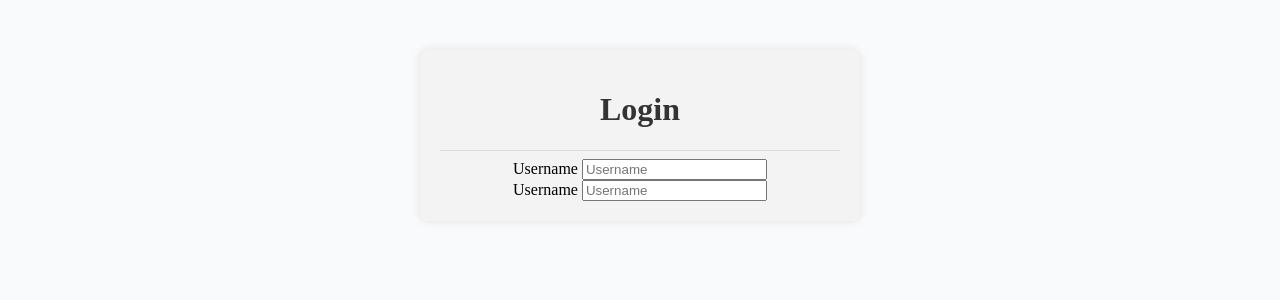
Repository: Ndifoinhilary/authentication
Page: http://localhost/auth/register/
These files come from the project's save history. The page is drawn as it stood at one moment and after the next save; the edit follows.
The browser window is 1280 px wide. The pictures show the whole page.
The page is served by the project's application, run on Django 3.2 (manage.py). Other server files are loaded and not shown.

Above is the page before, as saved 2024-01-05 06:28:54.

### Auth/templates/register.html
{% load static %}
{% load crispy_forms_tags %}
<!DOCTYPE html>
<html>

<head>
    <meta charset='utf-8'>
    <meta http-equiv='X-UA-Compatible' content='IE=edge'>
    <title>Login page</title>
    <meta name='viewport' content='width=device-width, initial-scale=1'>

    <link rel='stylesheet' type='text/css' media='screen' href="{% static 'css/register.css' %}">

</head>

<body>

    <div id="form-wrapper">
        <h1>Login</h1>
        <hr>

        {% for message in messages %}
        <div class="alert {{ message.tags }} alert-dismissible shadow fade show" role="alert">
            <button type="button" class="close" data-dismiss="alert" aria-label="Close">
                <span aria-hidden="true">&times;</span>
            </button>
            {{ message | safe }}
        </div>
        {% endfor %}
            <form action="" class="form-border" method="POST" >
                {% csrf_token %}
              <div class="input">
                <label class="lable" for="username">Username</label>
                <input type="text" name="username" id="username" class="form-control mb-4" placeholder="Username" required>
              </div>

              <div class="input">
                <label class="lable" for="username">Username</label>
                <input type="text" name="username" id="username" class="form-control mb-4" placeholder="Username" required>
              </div

            </form>
    </div>
</body>

</html>

### Auth/forms.py
from django import forms
from Auth.models import User


class RegistrationForm(forms.ModelForm):
    password = forms.CharField(min_length=6, widget=forms.PasswordInput)
    comfirm_password = forms.CharField(min_length=6, widget=forms.PasswordInput)

    class Meta:
        model = User
        fields = ["email", "first_name", "password", "comfirm_password"]

    def clean_comfirm_password(self):
        password = self.cleaned_data.get("password")
        comfirm_password = self.cleaned_data.get("comfirm_password")

        if password != comfirm_password:
            raise forms.ValidationError("Password does not match")
        return password

    def save(self, *args, **kwargs):
        user = super().save(commit=False)
        password = self.cleaned_data.get("password")
        user.set_password(password)
        user.save()
        return user

### Auth/models.py
from django.db import models
from django.contrib.auth.models import (
    AbstractBaseUser,
    PermissionsMixin,
    BaseUserManager,
)


class UserManager(BaseUserManager):
    def create_user(self, email, password=None, **extra_fields):
        email = self.normalize_email(email).lower()
        if not email:
            raise ValueError("email is a required field")
        user = self.model(email, **extra_fields)
        user.set_password(password)
        user.save(using=self._db)
        return user

    def create_superuser(self, email, password=None, **extra_fields):
        extra_fields.setdefault("is_active", True)
        extra_fields.setdefault("is_staff", True)
        extra_fields.setdefault("is_superuser", True)

        if extra_fields.get("is_active") is not True:
            raise ValueError("Super user must be active")

        if extra_fields.get("is_staff") is not True:
            raise ValueError("Super user must be staff")

        if extra_fields.get("is_superuser") is not True:
            raise ValueError("Super user must be superuser")

        return self.create_user(email, password, **extra_fields)


class User(AbstractBaseUser, PermissionsMixin):
    """
    Creating the user model to store the user data
    author: ndifoinhilary@gmail.com
    """

    email = models.EmailField(unique=True)
    first_name = models.CharField(max_length=255)
    last_name = models.CharField(max_length=255)
    is_active = models.BooleanField(default=False)

    # you can add more fields

    objects = UserManager()

    USERNAME_FIELD = "email"  # using the email field for authenticaion then the normal django username field

    REQUIRED_FIELDS = (
        []
    )  # here you can add the fields that are required for authentication like username , firstname or any field you wish

### Auth/views.py
# pylint: disable=unused-argument
from django.shortcuts import render, redirect
from django.contrib import messages
from django.contrib.auth import authenticate, login
from Auth.forms import RegistrationForm

# Create your views here.


def homePage(request):
    user = request.user
    return render(request, "home.html", {"user": user})


def registerUser(request):
    form = RegistrationForm()

    if request.method == "POST":
        form = RegistrationForm(request.POST)
        if form.is_valid():
            user = form.save(commit=False)
            user.email = user.email.lower()
            user.save()

            messages.success(request, "Your account has been created successfully")

            if user is not None:
                login(request, user)
                return redirect("home")
        else:
            messages.error(request, "Check your credentials and try again")
    return render(request, "register.html", {"form": form})


def loginUser(request):
    pass


def logoutUser(request):
    pass

### authentication/urls.py
from django.contrib import admin
from django.urls import path, include
from django.conf import settings
from django.conf.urls.static import static

urlpatterns = [path("admin/", admin.site.urls), path("", include("Auth.urls"))]


urlpatterns += static(settings.MEDIA_URL, document_root=settings.MEDIA_ROOT)
urlpatterns += static(settings.STATIC_URL, document_root=settings.MEDIA_ROOT)

### Auth/urls.py
# pylint: disable=trailing-whitespace
from django.urls import path

from . import views


urlpatterns = [
    path("", views.homePage, name="home"),
    path("auth/login/", views.loginUser, name="login"),
    path("auth/register/", views.registerUser, name="register"),
    path("auth/logout/", views.logoutUser, name="logout"),
]

### static/css/register.css
body{
    background-color: #f8fafb;
    margin: 0;
}





#form-wrapper {
    max-width: 400px;
    margin: 50px auto;
    padding: 20px;
    background: #f3f3f3;
    border-radius: 8px;
    box-shadow: 0 0 10px rgba(0, 0, 0, 0.1);
    text-align: center;
}

h1 {
    color: #333;
}

hr {
    margin-top: 20px;
    border: 0;
    border-top: 1px solid #ddd;
}

.form-border

After the next save:
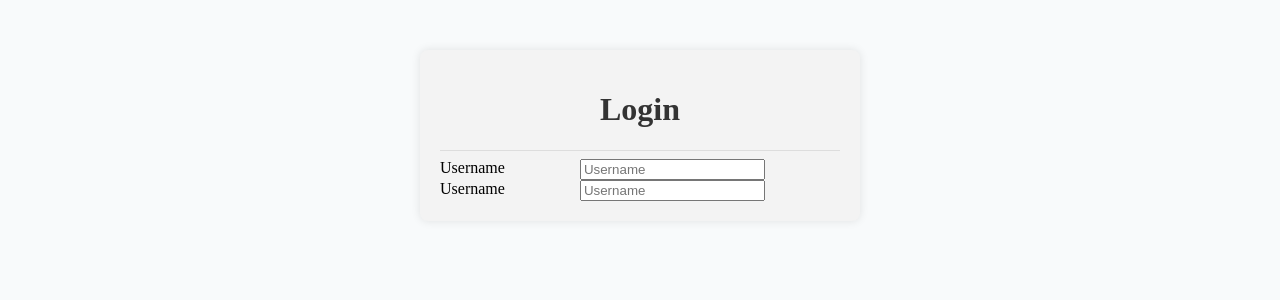
Saved 18 s later.
--- a/static/css/register.css
+++ b/static/css/register.css
@@ -27,4 +27,6 @@ hr {
     border-top: 1px solid #ddd;
 }
 
-.form-border
+.lable{
+    float: left;
+}
